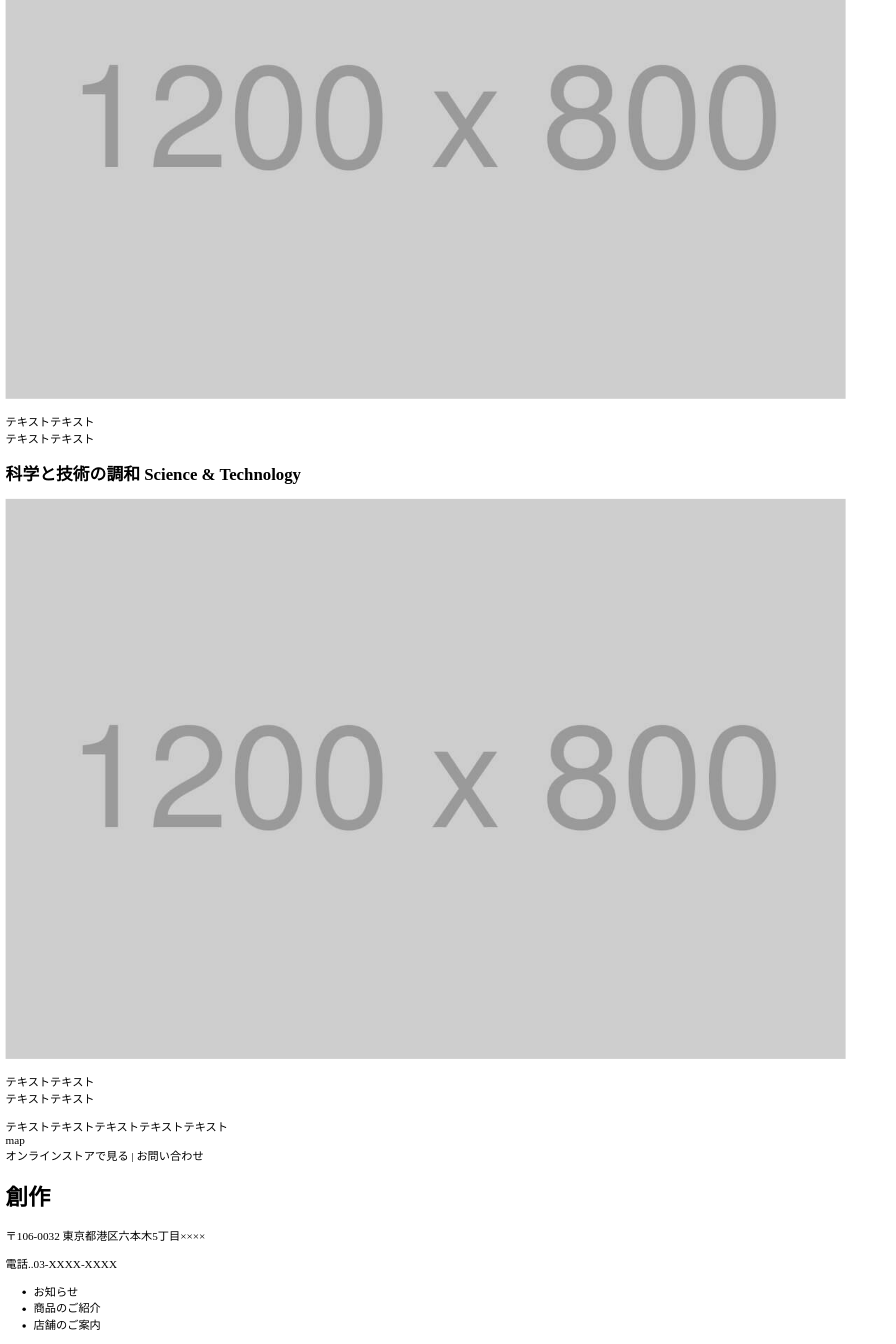
Repository: Fuki-san/wagashi
Page: http://localhost/wagashi
An editor plug-in stored every save of this project. The page is shown before and after a run of saves, followed by the edit.
The browser window is 1280 px wide. The pictures show the part of the page from y = 884 to 2804 px (the page is 2804 px tall before and 2780 px after), at 70% of full size.
The page is served by the project's Laravel application, run on PHP 8.4 with Laravel 10. Other server files are loaded and not shown.

Above is the page before, as saved 2023-12-02 18:54:35.

### routes/web.php
<?php

use Illuminate\Support\Facades\Route;
use Spatie\FlareClient\View;

/*
|--------------------------------------------------------------------------
| Web Routes
|--------------------------------------------------------------------------
|
| Here is where you can register web routes for your application. These
| routes are loaded by the RouteServiceProvider and all of them will
| be assigned to the "web" middleware group. Make something great!
|
*/

Route::get('/', function () {
    return view('welcome');
});

Route::get('wagashi', function() {
    return View('wagashi');
})->name('wagashi');

### resources/views/wagashi.blade.php
@extends('layouts.main')

@section('title', 'wagashi')

@section('content')
    <header id="header">
        <h1 class="site-title"><a href="#"><img src="img/logo.svg" alt=""></a></h1>
        <nav id="nav">
            <ul>
                <li><a href="#news">お知らせ</a></li>
                <li><a href="#products1">商品のご紹介</a></li>
                <li><a href="#shop">店舗のご案内</a></li>
            </ul>
        </nav>
        <div class="onlinestore"><a href="#" target="_blank" rel="noopener noreferrer">オンラインストアで見る</a></div>
    </header>

    <main>
        <section id="news" class="wrapper">

            <h2 class="sec-title">
                <span class="en">News</span>
                <span class="ja">お知らせ</span>
            </h2>

            <dl class="list">
                <dt>2021.01.01</dt>
                <dd>タイトルタイトルタイトル</dd>
                <dt>2021.01.01</dt>
                <dd>タイトルタイトルタイトル</dd>
                <dt>2021.01.01</dt>
                <dd>タイトルタイトルタイトル</dd>
                <dt>2021.01.01</dt>
                <dd>タイトルタイトルタイトル</dd>
                <dt>2021.01.01</dt>
                <dd>タイトルタイトルタイトル</dd>
            </dl>
        </section>

        <section id="products1" class="wrapper">
            <h2 class="site-title">
                <span class="ja">新しい価値の創造</span>
                <span class="en">Create New Values</span>
            </h2>

            <div class="img">
                <img src="img/products1.jpg" alt="">
                <p class="text">テキストテキスト<br>テキストテキスト</p>
            </div>
        </section>

        <section id="products2" class="wrapper">
            <h2 class="sec-title">
                <span class="ja">科学と技術の調和</span>
                <span class="en">Science & Technology</span>
            </h2>
            <div class="img">
                <img src="img/products2.jpg" alt="">
                <p class="text">テキストテキスト<br>テキストテキスト</p>
            </div>
            <div class="brown">テキストテキストテキストテキストテキスト</div>
        </section>
        <div class="map">
            map
        </div>
    </main>

    <footer id="footer">
        <div class="flex">
            <div>オンラインストアで見る | お問い合わせ</div>
            <div class="nav">
                <h1 class="site-title">創作</h1>
                <p>〒106-0032 東京都港区六本木5丁目××××</p>
                <p>電話..03-XXXX-XXXX</p>
                <nav>
                    <ul>
                        <li>お知らせ</li>
                        <li>商品のご紹介</li>
                        <li>店舗のご案内</li>
                    </ul>
                </nav>
            </div>
        </div>
    </footer>
@endsection

### resources/views/layouts/main.blade.php
<!DOCTYPE html>
<html lang="ja">
<head>
    <meta charset="UTF-8">
    <meta name="viewport" content="width=device-width, initial-scale=1.0">
    <meta http-equiv="X-UA-Compatible" content="ie=edge">
    <link rel="stylesheet" href="{{ asset('css/reset.css') }}">
    <link rel="stylesheet" href="{{ asset('css/style.css') }}">
    <link rel="icon" href="img/favicon.ico">
    <title>@yield('title')</title>
</head>
<body>
    @yield('content')
</body>
</html>

### public/img/logo.svg
<?xml version="1.0" encoding="utf-8"?>
<!-- Generator: Adobe Illustrator 15.1.0, SVG Export Plug-In . SVG Version: 6.00 Build 0)  -->
<!DOCTYPE svg PUBLIC "-//W3C//DTD SVG 1.1//EN" "http://www.w3.org/Graphics/SVG/1.1/DTD/svg11.dtd">
<svg version="1.1" id="レイヤー_1" xmlns="http://www.w3.org/2000/svg" xmlns:xlink="http://www.w3.org/1999/xlink" x="0px"
	 y="0px" width="57.4775391px" height="131.578125px" viewBox="0 0 57.4775391 131.578125"
	 style="enable-background:new 0 0 57.4775391 131.578125;" xml:space="preserve">
<style type="text/css">
<![CDATA[
	.st0{fill:#FFFFFF;}
]]>
</style>
<g>
	<path class="st0" d="M28.3789063,35.8789063l6.5400391,4.859375c-0.3603516,0.4804688-1.2001953,1.0800781-2.3398438,1.2607422
		v12.0595703c-0.0605469,0.359375-3.4199219,1.5-5.5195313,1.5h-1.0800781v-3.6601563H15.2998047v2.6992188
		c0,0.4208984-1.9199219,1.8007813-5.1601563,1.8007813H9.0595703v-10.5
		c-1.7392578,3.2402344-4.2597656,6.2998047-7.9189453,8.8798828l-0.6005859-0.6005859c5.5205078-8.21875,6-18.4785156,6-26.7587891
		v-9.1191406c-1.9199219,1.3798828-3.9599609,2.5800781-6.0595703,3.6591797L0,21.4199219
		C6.1796875,15.6601563,11.3994141,6.4199219,13.5,0l9.7197266,1.9804688
		c-0.2402344,0.7197266-0.7802734,1.0800781-2.3398438,1.3193359c20.5185547,3.7207031,13.3789063,15.9599609,7.9189453,11.8798828
		c-0.9599609-3.4199219-4.0195313-7.9794922-8.5195313-11.2792969c-2.0400391,3.1796875-4.7392578,6.5390625-7.9794922,9.6591797
		H19.5l2.9990234-3.8398438c0,0,3.4804688,2.6396484,5.5800781,4.5595703
		c-0.1796875,0.6601563-0.7802734,0.9609375-1.6201172,0.9609375H11.7001953l-0.2402344-0.9003906
		c-1.1396484,1.0195313-2.3398438,2.0400391-3.5400391,2.9394531l6,2.2207031h10.9189453l3.0605469-3.3603516L34.4384766,21
		c-0.359375,0.4794922-1.2597656,1.0195313-2.4599609,1.3193359v11.9394531
		c-0.0595703,0.3603516-3.359375,1.5605469-5.4589844,1.5605469h-1.0800781v-1.8007813H12.5400391
		C12.4199219,35.21875,12.2402344,36.4189453,12,37.6787109l4.0800781,1.5595703h9.2988281L28.3789063,35.8789063z
		 M25.4394531,32.3388672v-4.6796875H12.8994141c0,1.4404297-0.0595703,3-0.1796875,4.6796875H25.4394531z M12.8994141,21.1796875
		v4.7998047h12.5400391v-4.7998047H12.8994141z M25.9794922,50.1582031v-9.2392578H15.2998047v9.2392578H25.9794922z
		 M43.2587891,41.7587891c0,0.6601563-2.6396484,1.859375-4.9199219,1.859375h-1.1396484V5.2197266L45.2988281,6
		c-0.1201172,0.7802734-0.6005859,1.3203125-2.0400391,1.5605469V41.7587891z M56.7578125,2.1005859
		C56.578125,3,55.9785156,3.6005859,54.5380859,3.7802734v44.8183594c0,4.6796875-0.9599609,7.3193359-8.4599609,8.0390625
		c-0.1796875-2.0996094-0.4794922-3.6591797-1.3798828-4.7392578c-0.9599609-1.0205078-2.2197266-1.7998047-5.0996094-2.2197266
		v-0.8408203c0,0,5.9394531,0.3603516,7.2001953,0.3603516c0.9599609,0,1.2597656-0.2998047,1.2597656-1.0800781V1.2001953
		L56.7578125,2.1005859z"/>
	<path class="st0" d="M17.4599609,94.0800781c-0.1806641,0.5390625-0.7207031,0.9589844-1.8603516,1.1992188v34.2587891
		c-0.1201172,0.5400391-3,2.0400391-5.7597656,2.0400391H8.5195313v-31.3789063
		c-2.3994141,2.7597656-4.9794922,5.1601563-7.7392578,7.2001953l-0.7197266-0.5400391
		c5.3398438-7.5,10.9189453-19.6796875,13.9189453-31.6787109l9.5400391,3.1796875
		c-0.2998047,0.7802734-1.0800781,1.2597656-2.4003906,1.2001953c-2.0400391,4.859375-4.3798828,9.2988281-6.9589844,13.3193359
		L17.4599609,94.0800781z M39.9589844,89.7597656v11.0996094h4.7998047l3.6591797-4.7998047
		c0,0,4.140625,3.2998047,6.7197266,5.5800781c-0.1796875,0.6591797-0.8398438,0.9599609-1.6796875,0.9599609H39.9589844v11.3388672
		h5.1591797l4.0205078-5.2197266c0,0,4.4394531,3.5400391,7.1992188,5.9404297
		c-0.1796875,0.6591797-0.8398438,0.9599609-1.7402344,0.9599609H39.9589844v14.0390625
		c0,0.4199219-2.2207031,1.859375-5.9404297,1.859375h-1.3193359V89.7597656h-1.4404297
		c-3.8994141,5.8798828-8.3994141,10.6796875-13.4394531,14.2792969l-0.6601563-0.4794922
		c4.6201172-6.7802734,9.6601563-17.6992188,12.3603516-28.3193359l9.6591797,3.4199219
		c-0.2998047,0.7802734-1.0800781,1.2597656-2.4599609,1.1396484c-1.3798828,2.9404297-2.8203125,5.7597656-4.4394531,8.3398438
		h14.0996094l3.9589844-5.1591797c0,0,4.4404297,3.4794922,7.1396484,5.8193359
		c-0.1796875,0.6601563-0.8398438,0.9599609-1.6796875,0.9599609H39.9589844z"/>
</g>
</svg>

Loaded but not shown: public/css/style.css (no copy from this time; the picture is the same without it)

After the next 2 saves:
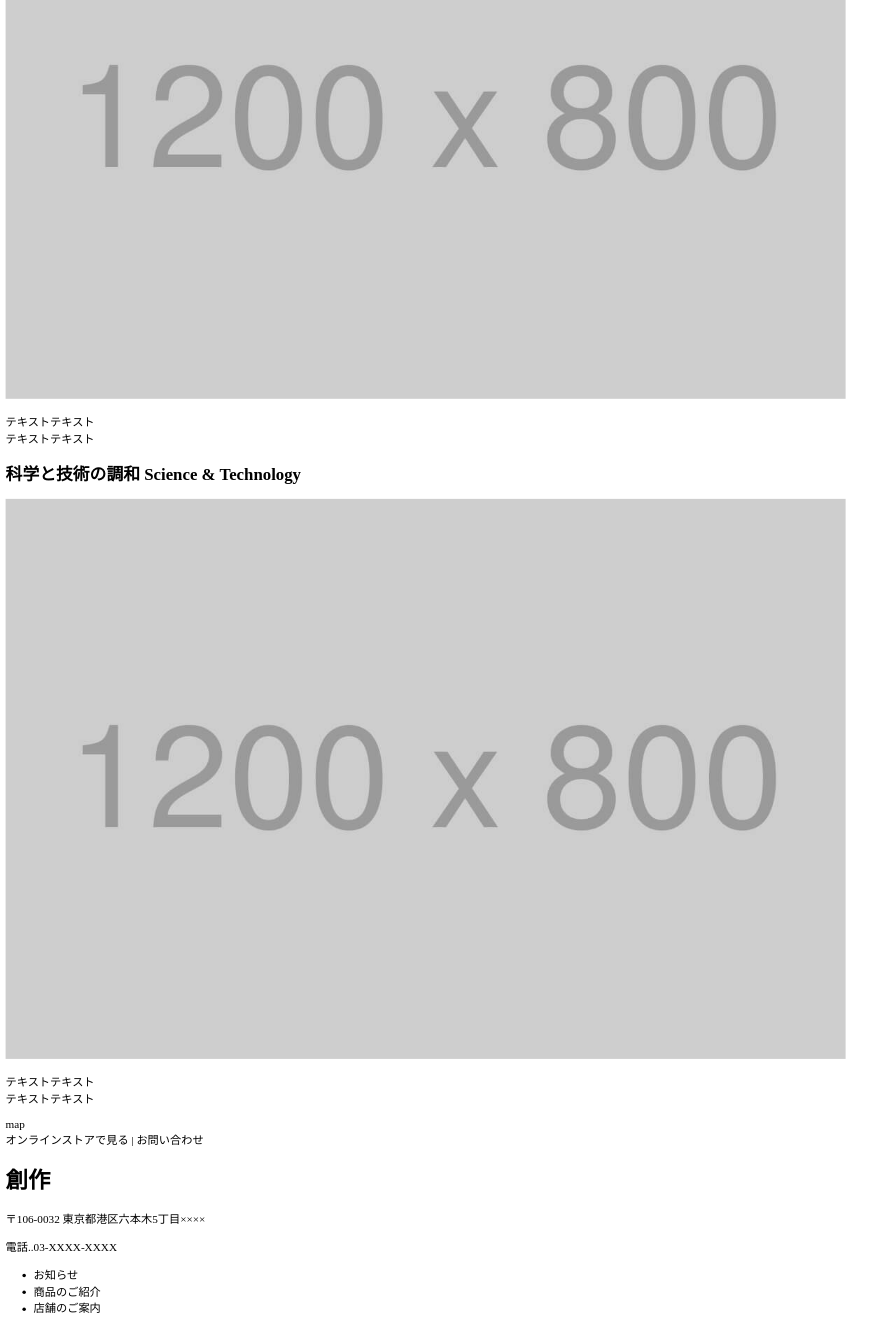
The 2 saves are shown as one change because they came seconds apart.
The last was saved 15 s later.
--- a/resources/views/wagashi.blade.php
+++ b/resources/views/wagashi.blade.php
@@ -58,8 +58,8 @@
                 <img src="img/products2.jpg" alt="">
                 <p class="text">テキストテキスト<br>テキストテキスト</p>
             </div>
-            <div class="brown">テキストテキストテキストテキストテキスト</div>
         </section>
+
         <div class="map">
             map
         </div>
